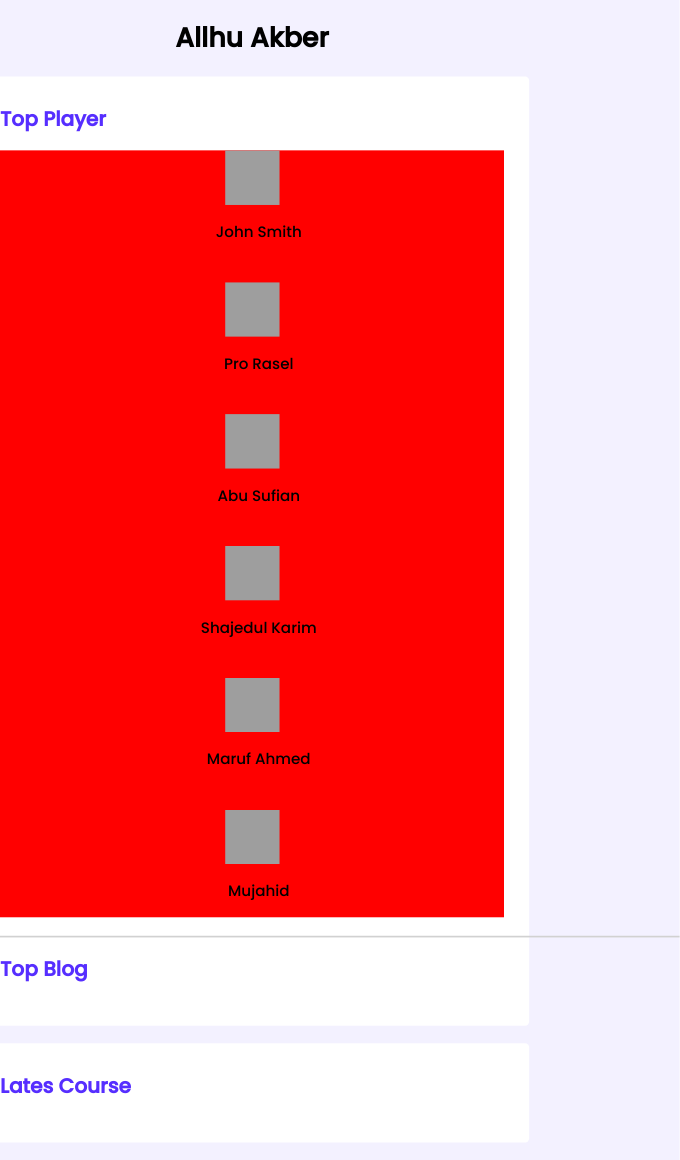
Repository: zjria/leader-board
Page: index.html
These files come from the project's save history. The page is drawn as it stood at one moment and after the next save; the edit follows.
The browser window is 600 px wide. The page is 809 px wide, so the pictures cover 809 px, including what lies to the right of the window. The pictures show the whole page, at 84% of full size.
Pictures or frames that could not be fetched are drawn as grey boxes.

Above is the page before, as saved 2022-09-05 08:28:14.

### index.html
<!DOCTYPE html>
<html lang="en">

<head>
    <meta charset="UTF-8">
    <meta http-equiv="X-UA-Compatible" content="IE=edge">
    <meta name="viewport" content="width=device-width, initial-scale=1.0">
    <title>leader-board</title>
    <!-- Font awesome -->
    <link rel="stylesheet" href="https://cdnjs.cloudflare.com/ajax/libs/font-awesome/6.2.0/css/all.min.css"
        integrity="sha512-xh6O/CkQoPOWDdYTDqeRdPCVd1SpvCA9XXcUnZS2FmJNp1coAFzvtCN9BmamE+4aHK8yyUHUSCcJHgXloTyT2A=="
        crossorigin="anonymous" referrerpolicy="no-referrer" />
    <!-- Custom CSS -->
    <link rel="stylesheet" href="/style/style.css">
</head>

<body>
    <h1>Allhu Akber</h1>
    <!-- Header Section -->
    <header>

    </header>
    <!-- Main Section -->
    <main>
        <section class="container">
            <div class="top-players">
                <h2 class="section-title">Top Player</h2>
                <div class="players">
                    <div class="player">
                        <img src="images/players/player-1.png" alt="">
                        <h3 class="name-title">John Smith</h3>
                    </div>
                    <div class="player">
                        <img src="images/players/player-2.png" alt="">
                        <h3 class="name-title">Pro Rasel</h3>
                    </div>
                    <div class="player">
                        <img src="images/players/player-3.png" alt="">
                        <h3 class="name-title">Abu Sufian</h3>
                    </div>
                    <div class="player">
                        <img src="images/players/player-4.png" alt="">
                        <h3 class="name-title">Shajedul Karim</h3>
                    </div>
                    <div class="player">
                        <img src="images/players/player-5.png" alt="">
                        <h3 class="name-title">Maruf Ahmed</h3>
                    </div>
                    <div class="player">
                        <img src="images/players/player-6.png" alt="">
                        <h3 class="name-title">Mujahid</h3>
                    </div>
                </div>
            </div>
            <hr class="horigantal-line">

            <!-- Blog information -->
            <div class="blog-information">
                <h2 class="section-title">Top Blog</h2>
                <div class="blogs-details">
                    <article class="blogs">
                        <div class="blog-thimble">
                            <img src="images/blogs/blog-1.png" alt="">
                        </div>
                        <div class="blog-contain">
                            <h2>13 of My Favorite <br> UI/UX Goodies</h2>
                            <p class="blog-auther">By <a href="">Danny Sapio</a></p>
                        </div>
                    </article>
                    <article class="blogs">
                        <div class="blog-thimble">
                            <img src="images/blogs/blog-2.png" alt="">
                        </div>
                        <div class="blog-contain">
                            <h2>UI cheat sheet: <br>
                                list vs grids</h2>
                            <p class="blog-auther">By <a href="">Tess Gadd</a></p>
                        </div>
                    </article>
                    <article class="blogs">
                        <div class="blog-thimble">
                            <img src="images/blogs/blog-3.png" alt="">
                        </div>
                        <div class="blog-contain">
                            <h2>7 typography tips <br>
                                for interface design</h2>
                            <p class="blog-auther">By <a href=""> Jeremiah Lam</a></p>
                        </div>
                    </article>
                    <article class="blogs">
                        <div class="blog-thimble">
                            <img src="images/blogs/blog-4.png" alt="">
                        </div>
                        <div class="blog-contain">
                            <h2>Your logo is <br>
                                copied</h2>
                            <p class="blog-auther">By <a href=""> Ferdinand Vogler</a></p>
                        </div>
                    </article>
                </div>
            </div>
        </section>
        <!-- Lates Course -->
        <section class="container">
            <h2 class="section-title">Lates Course</h2>
            <div class="course-all-info">
                <div class="course-details">
                    <div class="course-thumble">
                        <img src="images/courses/course-1.png" alt="">
                    </div>
                    <div class="course-title">
                        <h3>React - The Complete Guide 2022</h3>
                        <p>Reed Krakoff.</p>
                    </div>
                    <div class="course-info">
                        <div class="star-icon">
                            <i class="fa-solid fa-star field"></i>
                            <i class="fa-solid fa-star field"></i>
                            <i class="fa-solid fa-star field"></i>
                            <i class="fa-solid fa-star field"></i>
                            <i class="fa-solid fa-star not-field"></i>
                            <span>4.5</span>
                        </div>
                        <div class="time-duration">
                            <i class="fa-regular fa-clock"></i> 01.30hr
                        </div>
                    </div>
                </div>
                <div class="course-details">
                    <div class="course-thumble">
                        <img src="images/courses/course-2.png" alt="">
                    </div>
                    <div class="course-title">
                        <h3>Powerpoint 2020 Master Powerpoint Cour.</h3>
                        <p>Walter Scott</p>
                    </div>
                    <div class="course-info">
                        <div class="star-icon">
                            <i class="fa-solid fa-star field"></i>
                            <i class="fa-solid fa-star field"></i>
                            <i class="fa-solid fa-star field"></i>
                            <i class="fa-solid fa-star field"></i>
                            <i class="fa-solid fa-star not-field"></i>
                            <span>4.3</span>
                        </div>
                        <div class="time-duration">
                            <i class="fa-regular fa-clock"></i> 01.40hr
                        </div>
                    </div>
                </div>
                <div class="course-details">
                    <div class="course-thumble">
                        <img src="images/courses/course-3.png" alt="">
                    </div>
                    <div class="course-title">
                        <h3>The Complete JavaScript Course 2020</h3>
                        <p>Reed Krakoff.</p>
                    </div>
                    <div class="course-info">
                        <div class="star-icon">
                            <i class="fa-solid fa-star field"></i>
                            <i class="fa-solid fa-star field"></i>
                            <i class="fa-solid fa-star field"></i>
                            <i class="fa-solid fa-star field"></i>
                            <i class="fa-solid fa-star not-field"></i>
                            <span>4.5</span>
                        </div>
                        <div class="time-duration">
                            <i class="fa-regular fa-clock"></i> 02.20hr
                        </div>
                    </div>
                </div>
            </div>
        </section>
    </main>
</body>

</html>

### style/style.css
/* Google Fonts */
@import url('https://fonts.googleapis.com/css2?family=Poppins:wght@500&family=Roboto:wght@100;300;400;500;700;900&display=swap');

h1 {
    display: flex;
    justify-content: center;
}

/* Commant CSS Utilitis */
body {
    border: 0px;
    margin: 0px;
    font-family: 'Poppins', sans-serif;
    /* font-family: 'Roboto', sans-serif; */
    background-color: #F3F1FF;
}

/* Top Players Section */
main {
    display: flex;
    align-items: center;
    flex-direction: column;
}

.section-title {
    color: #562EFF;
    font-size: 24px;
}

.container {
    background-color: #FFFFFF;
    width: 870px;
    padding: 30px;
    margin-bottom: 21px;
    border-radius: 5px;
}

.top-players {
    /* padding: 30px; */
    margin-bottom: 22px;
}

h2.section-title {
    margin-top: 3px;
}

.players {
    display: grid;
    grid-template-columns: repeat(3, 1fr);
    grid-row-gap: 29px;
}

.player {
    display: flex;
    align-items: center;
}

.player img {
    width: 65px;
    height: 65px;
}

.name-title {
    margin-left: 16px;
    font-size: 18px;
    font-weight: normal;
}

.horigantal-line {
    border: 1px solid #D1D1D1;
    width: 807px;
    margin-bottom: 20px;
}

/* ------------------ blogs details information-------------- */
.blogs-details {
    display: grid;
    grid-template-columns: repeat(2, 1fr);
    grid-row-gap: 26px;
}

.blogs {
    display: flex;
}

.blogs .blog-thimble img {
    width: 177px;
    height: 117px;
    margin-right: 16px;
}

.blog-contain h2 {
    font-size: 20px;
    margin: 0;
}

.blog-contain .blog-auther {
    color: #9F9F9F;
    font-size: 16px;
}

.blog-contain .blog-auther a {
    color: #562EFF;
    font-size: 16px;
    text-decoration: none;
}

.blog-contain p {
    margin-top: 6px;
}

/* -------------------- course-info --------------- */
.course-all-info {
    display: grid;
    grid-template-columns: repeat(3, 1fr);
    grid-column-gap: 24px;
}

.course-details {
    width: 252px;
    box-shadow: 0px 5.34229px 13.3557px rgba(0, 0, 0, 0.05);
    border-radius: 5px;
    padding: 10px;
}

.course-thumble {
    justify-content: center;
    margin: 0 auto;
    align-items: center;
    text-align: center;
}

.course-thumble img {
    width: 224px;
    height: 104px;

}

.course-title h3 {
    font-size: 20px;
    color: #1E1E1E;
}

.course-title p {
    font-size: 16px;
    color: #ED6B4F;
}

.course-info {
    display: flex;
    align-items: center;
    justify-content: space-between;
}

.course-info .star-icon {
    font-size: 12px;

}

.course-info .rating {
    font-size: 14px;
    color: #A2A2A2;
    margin-left: 10px;

}

.course-info .star-icon .fa-star.field {
    color: #FFC014;
}

.course-info .star-icon .fa-star.not-field {
    color: #AEAEAE;
    opacity: 0.25;
}

/* ---------------
Media Query
-------------- */
/* Mobile Device */
@media screen and (max-width: 688px) {
    .players {
        background-color: red;
        grid-template-columns: repeat(1, 1fr);
    }

    .player {
        flex-direction: column;
    }

    .blogs-details {
        display: none;
    }

    .course-all-info {
        display: none;
    }

    .container {
        width: 100%;
    }
}

After the next save:
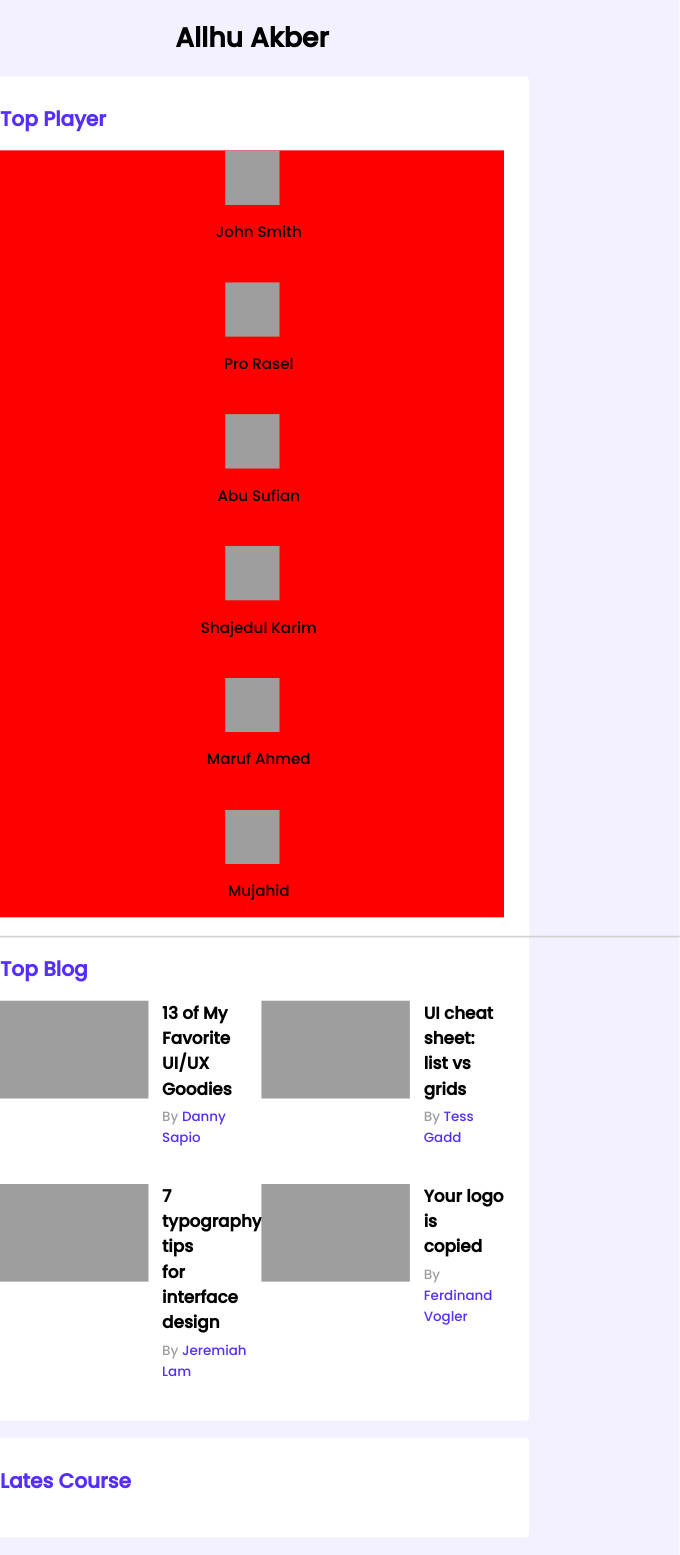
Saved 45 s later.
--- a/style/style.css
+++ b/style/style.css
@@ -187,15 +187,11 @@ Media Query
         flex-direction: column;
     }
 
-    .blogs-details {
-        display: none;
+    .container {
+        width: 100%;
     }
 
     .course-all-info {
         display: none;
     }
-
-    .container {
-        width: 100%;
-    }
 }
